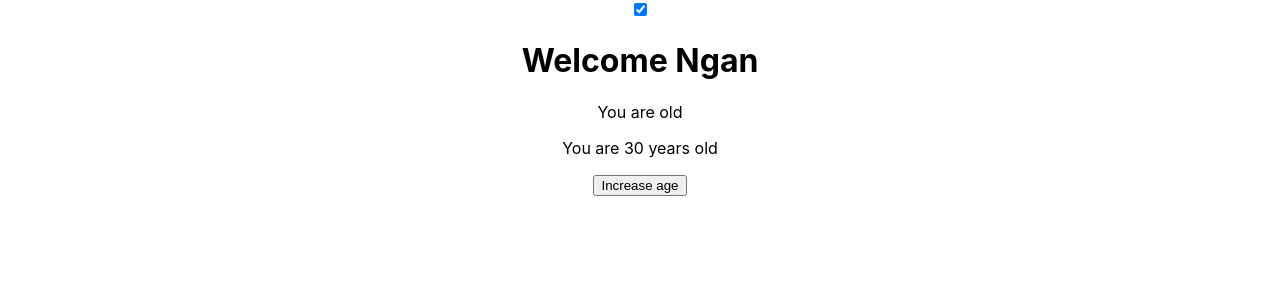
Repository: nguyenthibichngan/learn-react-redux
Page: /
An editor plug-in stored every save of this project. The page is shown before and after the next save, followed by the edit.
The browser window is 1280 px wide. The pictures show the whole page.
The project was rebuilt for these pictures with package versions that can differ from the ones it lists, and the page was loaded fresh each time.

Above is the page before, as saved 2023-09-11 14:40:30.

### src/App.js
import "./App.css";
import { AgeCounter } from "./component/AgeCounter";
import { Greetings } from "./component/Greetings";

function App() {
  return (
    <div className="App">
      <input
        type="checkbox"
        checked
        onChange={function () {
          console.log("You clicked");
        }}
      />
      <h1>Welcome Ngan</h1>
      <Greetings
        firstName={"Rachel"}
        lastName={"Green"}
        age={101}
        car={{ brand: "Viper", color: "red", speed: 200 }}
        doSomething={function () {
          console.log("Hi Ngannn");
        }}
      />

      <AgeCounter />
    </div>
  );
}

export default App;

### src/component/AgeCounter.js
import { useState } from "react";

export function AgeCounter(props) {
  //   let age = 30;

  //   function increaseAge() {
  //     age++;
  //   }

  const [age, setAge] = useState(30);

  function increaseAge() {
    setAge(age + 1);
  }

  return (
    <div>
      <p>You are {age} years old</p>
      <button onClick={increaseAge}>Increase age</button>
    </div>
  );
}

### src/component/Greetings.js
export function Greetings(props) {
  console.log(props);

  if (props.age > 100) {
    return <div>You are old</div>;
  } else {
    return <div>You are young</div>;
  }

  //   return (
  //     <div>
  //       Hi {props.firstName} {props.lastName} you are {props.age}
  //     </div>
  //   );
}

Loaded but not shown: public/index.html (common file); src/index.js (common file); src/index.css (common file); src/reportWebVitals.js (common file); src/App.css (common file)

After the next save:
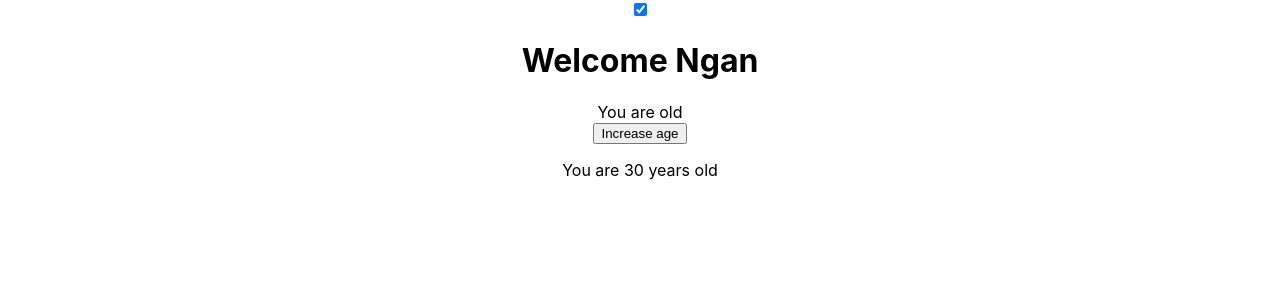
Saved 10 s later.
--- a/src/component/AgeCounter.js
+++ b/src/component/AgeCounter.js
@@ -15,8 +15,8 @@ export function AgeCounter(props) {
 
   return (
     <div>
+      <button onClick={increaseAge}>Increase age</button>
       <p>You are {age} years old</p>
-      <button onClick={increaseAge}>Increase age</button>
     </div>
   );
 }
